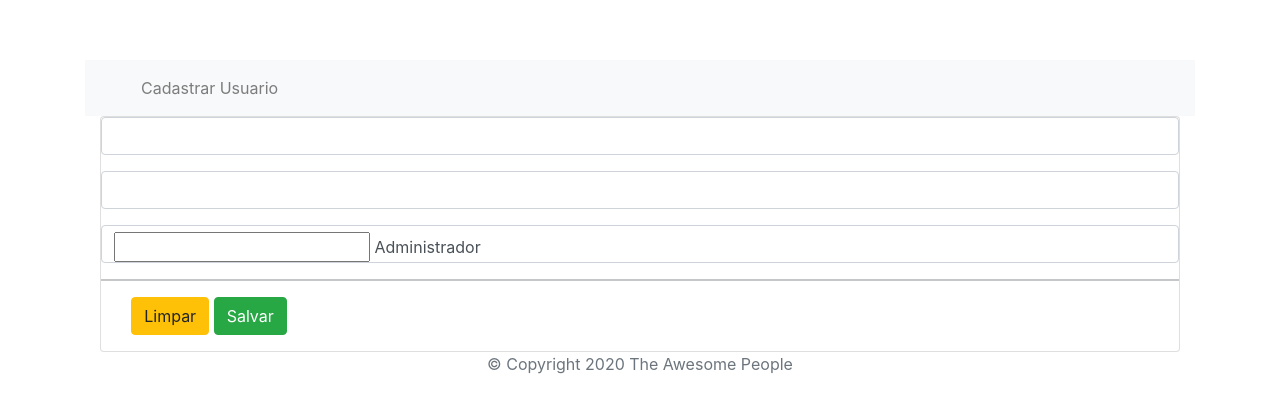
Repository: ClaytonEduard/cartaodeponto
Page: http://localhost/
The author's editor kept a copy of each file at every save. The page is drawn from the files as they stood at one save, then again after a run of saves.
The browser window is 1280 px wide. The pictures show the whole page.
Some web libraries are served in a nearby version. The page is served by the project's Node server (app.js). Other server files are loaded and not shown.

Above is the page before, as saved 2022-04-11 17:35:15.

### views/cadusuario.ejs
<!DOCTYPE html>
<html lang="pt-br">

<head>
    <meta charset="UTF-8" />

    <meta http-equiv="X-UA-Compatible" content="IE=edge" />
    <meta name="viewport" content="width=device-width, initial-scale=1" />
    <link rel="stylesheet" href="/css/bootstrap.css" />

    <%- include('../views/partials/head.ejs');%>
</head>

<body class="container">
    <header>
        <%- include('../views/partials/header.ejs'); %>
    </header>
    <div class="container">
        <div class="card">
            <div class="car-body">
                <form action="/" method="POST">
                    <div class="mb-3">
                        <input type="text" class=" form-control " id="matricula " name="matricula ">
                    </div>
                    <div class="mb-3 ">
                        <input type="password " class="form-control " id="senha " name="senha ">
                    </div>
                    <div class="form-control ">
                        <input type="checkbox " class="form-control-input " id="eAdmin " name="eAdmin ">
                        <label class="form-check-label " for="eAdmin ">Administrador</label>
                    </div>
                    <hr />
                    <div class="mb-3 button " style="margin-left: 8mm; ">
                        <button class="btn btn-warning " type="reset ">Limpar</button>
                        <button class="btn btn-success " type="submit ">Salvar</button>
                    </div>
                </form>
            </div>
        </div>
    </div>
    </div>
    <script src="https://cdn.jsdelivr.net/npm/@popperjs/core@2.10.2/dist/umd/popper.min.js " integrity="sha384-7+zCNj/IqJ95wo16oMtfsKbZ9ccEh31eOz1HGyDuCQ6wgnyJNSYdrPa03rtR1zdB " crossorigin="anonymous "></script>
    <script src="https://cdn.jsdelivr.net/npm/bootstrap@5.1.3/dist/js/bootstrap.min.js " integrity="sha384-QJHtvGhmr9XOIpI6YVutG+2QOK9T+ZnN4kzFN1RtK3zEFEIsxhlmWl5/YESvpZ13 " crossorigin="anonymous "></script>
    <script src="/js/bootstrap.js "></script>

    <footer>
        <%- include('../views/partials/footer.ejs'); %>
    </footer>
</body>

</html>

### views/partials/head.ejs
<meta charset="UTF-8">
<title>EJS Is Fun</title>

<!-- CSS (load bootstrap from a CDN) -->
<link rel="stylesheet" href="https://cdnjs.cloudflare.com/ajax/libs/twitter-bootstrap/4.5.2/css/bootstrap.min.css">
<style>
    body { padding-top:60px; }
</style>

### views/partials/header.ejs
<nav class="navbar navbar-expand-lg navbar-light bg-light">
    <a class="navbar-brand" href="/"></a>
    <ul class="navbar-nav mr-auto">
        <li class="nav-item">
            <a class="nav-link" href="/"></a>
        </li>
        <li class="nav-item">
            <a class="nav-link" href="">Cadastrar Usuario</a>
        </li>
    </ul>
</nav>

### views/partials/footer.ejs
<p class="text-center text-muted">© Copyright 2020 The Awesome People</p>

### app.js
// iniciando o servidor
const express = require("express");
const app = express();
const mongoose = require("mongoose");

//Mongoose conexao com o banco de dados
mongoose.connect("mongodb://localhost/cartaoponto")
    .then(() => {
        console.log("Conectado ao mongo");
    })
    .catch((err) => {
        console.log("Erro ao se conectar:" + err);
    });

//definido a rota do css
app.use("static", express.static("public"));

//setando a extensão ejs
app.set("view engine", "ejs");

//chamando o model de usuarios
const Usuario = require("./models/Usuario")

//metodo get
app.get("/", (req, res) => {
    res.render("cadusuario");
});

app.post('/', async(req, res) => {
    const usuario = new Usuario({
        //matricula: req.body.matricula
        senha: req.body.senha,
        eAdmin: req.body.eAdmin
    })
    console.log(usuario.matricula + " " + usuario.senha + ' ' + usuario.eAdmin)
})

app.listen(8080, () => console.log("Servidor online"));

Loaded but not shown: public/css/bootstrap.css (library); public/js/bootstrap.js (library)

After the next 3 saves:
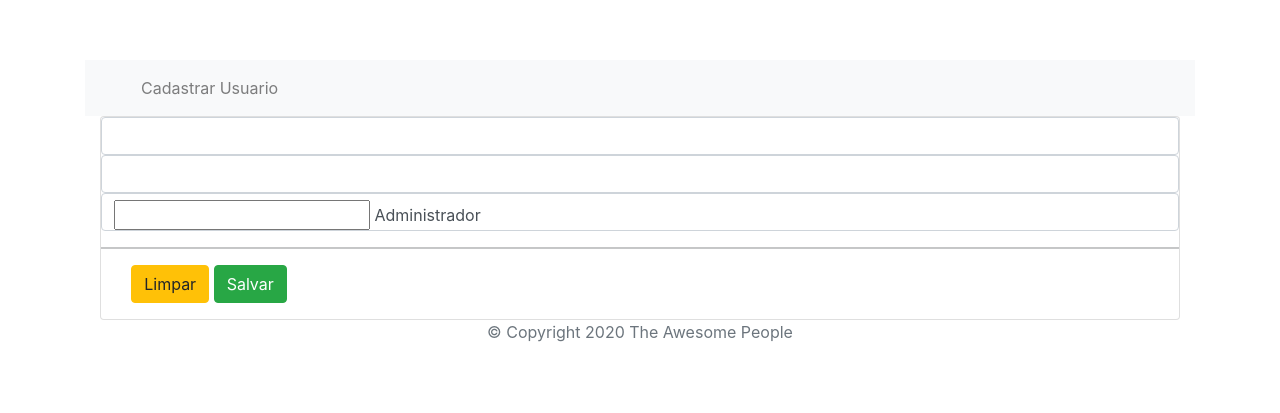
The 3 saves are shown as one change because they came seconds apart.
The last was saved 29 s later.
--- a/views/cadusuario.ejs
+++ b/views/cadusuario.ejs
@@ -19,24 +19,24 @@
         <div class="card">
             <div class="car-body">
                 <form action="/" method="POST">
-                    <div class="mb-3">
-                        <input type="text" class=" form-control " id="matricula " name="matricula ">
-                    </div>
-                    <div class="mb-3 ">
-                        <input type="password " class="form-control " id="senha " name="senha ">
-                    </div>
-                    <div class="form-control ">
-                        <input type="checkbox " class="form-control-input " id="eAdmin " name="eAdmin ">
-                        <label class="form-check-label " for="eAdmin ">Administrador</label>
-                    </div>
-                    <hr />
-                    <div class="mb-3 button " style="margin-left: 8mm; ">
-                        <button class="btn btn-warning " type="reset ">Limpar</button>
-                        <button class="btn btn-success " type="submit ">Salvar</button>
-                    </div>
-                </form>
+
+                    <input type="text" class=" form-control " id="matricula " name="matricula ">
+
+
+                    <input type="password " class="form-control " id="senha " name="senha ">
             </div>
+            <div class="form-control ">
+                <input type="checkbox " class="form-control-input " id="eAdmin " name="eAdmin ">
+                <label class="form-check-label " for="eAdmin ">Administrador</label>
+            </div>
+            <hr />
+            <div class="mb-3 button " style="margin-left: 8mm; ">
+                <button class="btn btn-warning " type="reset ">Limpar</button>
+                <button class="btn btn-success " type="submit ">Salvar</button>
+            </div>
+            </form>
         </div>
+    </div>
     </div>
     </div>
     <script src="https://cdn.jsdelivr.net/npm/@popperjs/core@2.10.2/dist/umd/popper.min.js " integrity="sha384-7+zCNj/IqJ95wo16oMtfsKbZ9ccEh31eOz1HGyDuCQ6wgnyJNSYdrPa03rtR1zdB " crossorigin="anonymous "></script>
